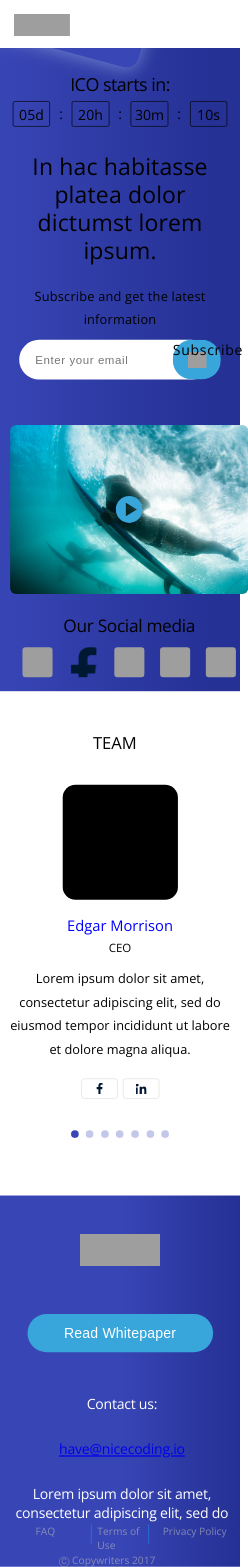
Repository: McGregorSt/newOne
Page: index.html
An editor plug-in stored every save of this project. The page is shown before and after the next save, followed by the edit.
The browser window is 375 px wide. The page is 388 px wide, so the pictures cover 388 px, including what lies to the right of the window. The pictures show the whole page, at 64% of full size.
Pictures or frames that could not be fetched are drawn as grey boxes.

Above is the page before, as saved 2019-12-18 09:37:47.

After the next save:
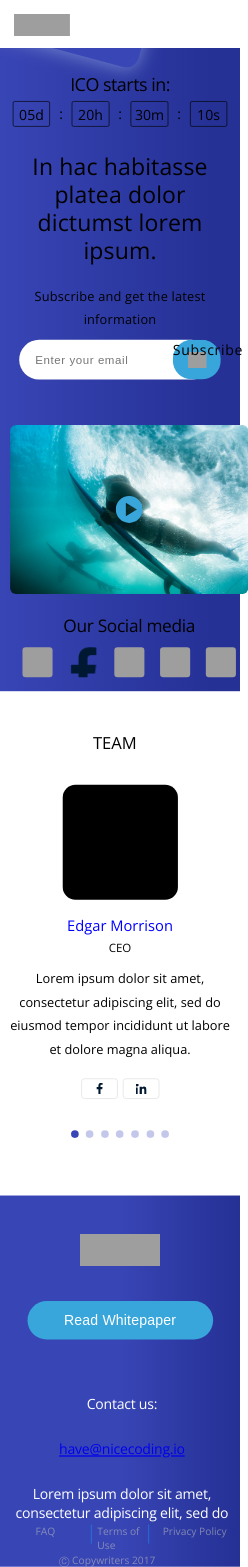
Saved 10 s later.
--- a/css/style.css
+++ b/css/style.css
@@ -695,7 +695,7 @@ section footer
   }
   .footer__main > a {
     position: relative;
-    top: 45px;
+    top: 25px;
   }
   .footer__menu {
     width: 100%;
